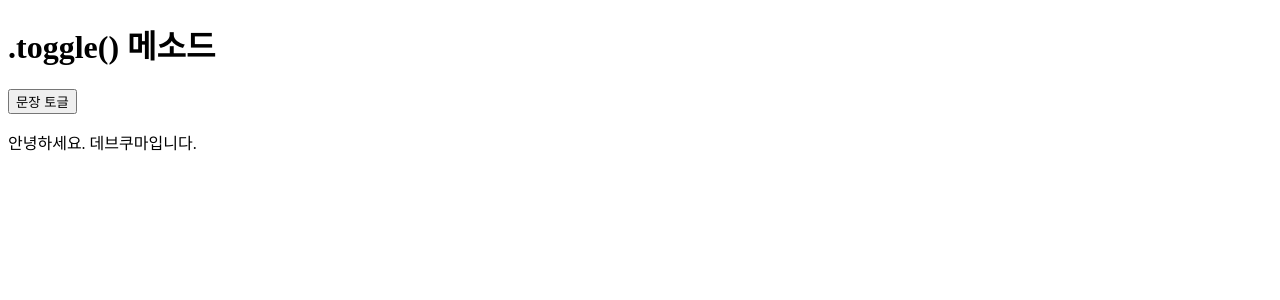
Repository: minsuk1/portfolio
Page: a.html
These files come from the project's save history. The page is drawn as it stood at one moment and after the next save; the edit follows.
The browser window is 1280 px wide. The pictures show the whole page.

Above is the page before, as saved 2021-01-01 11:53:46.

After the next save:
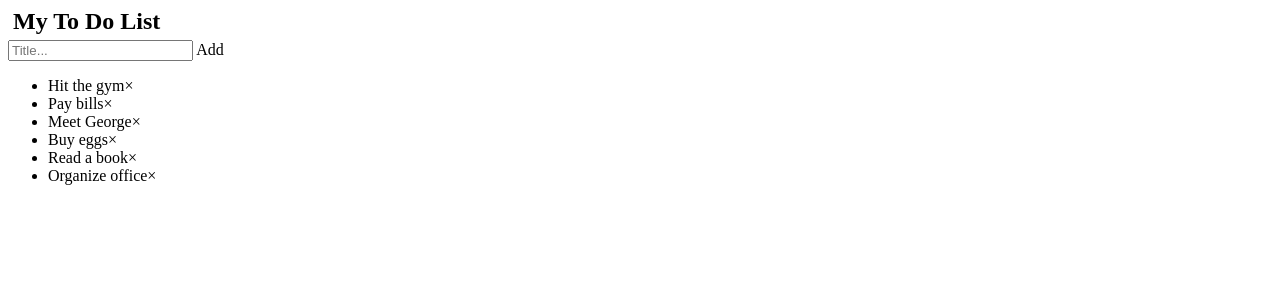
Saved 4 min 11 s later.
--- a/a.html
+++ b/a.html
@@ -1,20 +1,83 @@
 <!DOCTYPE html>
-<html lang="ko">
+<html>
 <head>
-  <script src="https://ajax.googleapis.com/ajax/libs/jquery/3.3.1/jquery.min.js"></script>
-  <script>
-  $(function() {
-    $("#btnToggle").on("click", function() {
-      $("div").toggle();
-    });
-  });
-  </script>
+<meta name="viewport" content="width=device-width, initial-scale=1">
+
 </head>
 <body>
-  <h1>.toggle() 메소드</h1>
-  <p>
-    <button id="btnToggle">문장 토글</button>
-  </p>
-  <div>안녕하세요. 데브쿠마입니다.</div>
+
+<div id="myDIV" class="header">
+  <h2 style="margin:5px">My To Do List</h2>
+  <input type="text" id="myInput" placeholder="Title...">
+  <span onclick="newElement()" class="addBtn">Add</span>
+</div>
+
+<ul id="myUL">
+  <li>Hit the gym</li>
+  <li class="checked">Pay bills</li>
+  <li>Meet George</li>
+  <li>Buy eggs</li>
+  <li>Read a book</li>
+  <li>Organize office</li>
+</ul>
+
+<script>
+// Create a "close" button and append it to each list item
+var myNodelist = document.getElementsByTagName("LI");
+var i;
+for (i = 0; i < myNodelist.length; i++) {
+  var span = document.createElement("SPAN");
+  var txt = document.createTextNode("\u00D7");
+  span.className = "close";
+  span.appendChild(txt);
+  myNodelist[i].appendChild(span);
+}
+
+// Click on a close button to hide the current list item
+var close = document.getElementsByClassName("close");
+var i;
+for (i = 0; i < close.length; i++) {
+  close[i].onclick = function() {
+    var div = this.parentElement;
+    div.style.display = "none";
+  }
+}
+
+// Add a "checked" symbol when clicking on a list item
+var list = document.querySelector('ul');
+list.addEventListener('click', function(ev) {
+  if (ev.target.tagName === 'LI') {
+    ev.target.classList.toggle('checked');
+  }
+}, false);
+
+// Create a new list item when clicking on the "Add" button
+function newElement() {
+  var li = document.createElement("li");
+  var inputValue = document.getElementById("myInput").value;
+  var t = document.createTextNode(inputValue);
+  li.appendChild(t);
+  if (inputValue === '') {
+    alert("You must write something!");
+  } else {
+    document.getElementById("myUL").appendChild(li);
+  }
+  document.getElementById("myInput").value = "";
+
+  var span = document.createElement("SPAN");
+  var txt = document.createTextNode("\u00D7");
+  span.className = "close";
+  span.appendChild(txt);
+  li.appendChild(span);
+
+  for (i = 0; i < close.length; i++) {
+    close[i].onclick = function() {
+      var div = this.parentElement;
+      div.style.display = "none";
+    }
+  }
+}
+</script>
+
 </body>
 </html>
